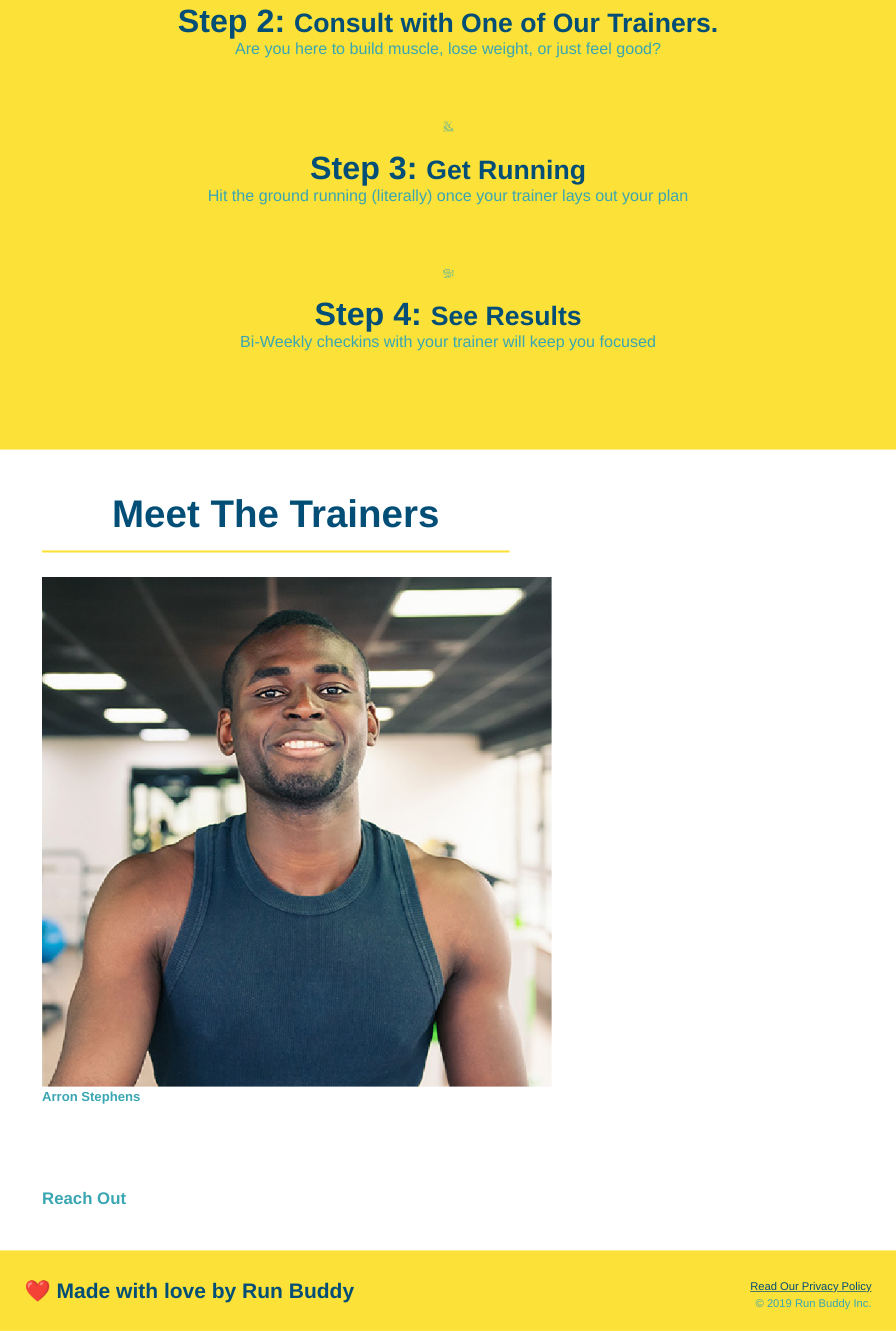
Repository: symlara/run-buddy
Page: index.html
The author's editor kept a copy of each file at every save. The page is drawn from the files as they stood at one save, then again after a run of saves.
The browser window is 1280 px wide. The pictures show the part of the page from y = 1615 to 3535 px (the page is 3517 px tall before and 3535 px after), at 70% of full size.

Above is the page before, as saved 2020-12-10 13:25:49.

After the next 2 saves:
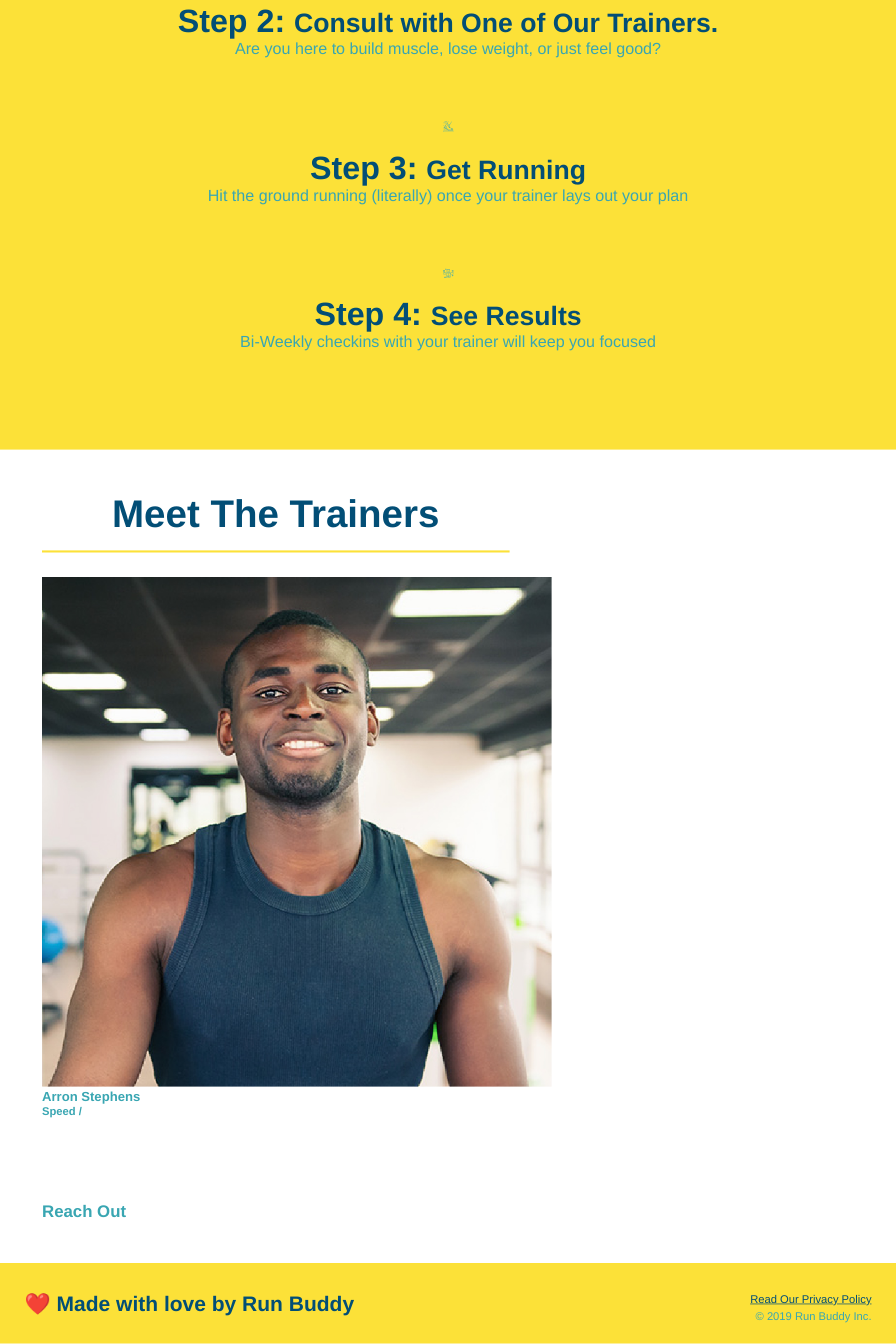
The 2 saves are shown as one change because they came seconds apart.
The last was saved 10 s later.
--- a/index.html
+++ b/index.html
@@ -117,7 +117,7 @@
                 <img src="./assets/images/trainer-1.jpg" alt="Arron Stephens in his workout clothes, ready to pump iron" />
                 <div class="trainer-bio">
                     <h3>Arron Stephens</h3>
-
+                    <h4>Speed /</h4>
                 </div>
             </article>
         </section>
